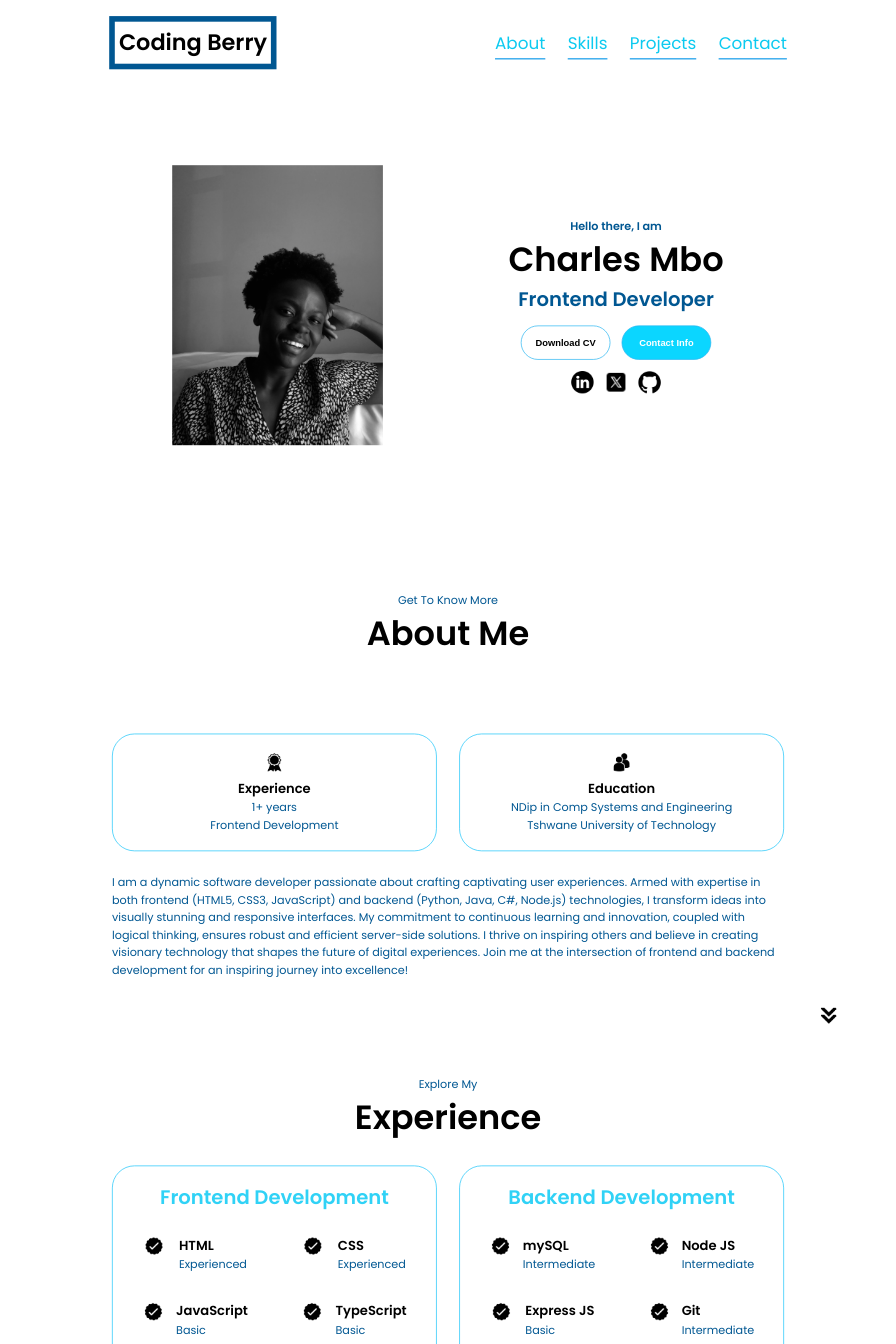
Repository: ntandomagana/FS-Dev-Portfolio
Page: index.html
The author's editor kept a copy of each file at every save. The page is drawn from the files as they stood at one save, then again after the next save.
The browser window is 1280 px wide. The pictures show the part of the page from y = 0 to 1920 px (the page is 3177 px tall), at 70% of full size.

Above is the page before, as saved 2024-05-02 23:26:02.

### index.html
<!DOCTYPE html>
<html lang="en">
  <head>
    <meta charset="UTF-8" />
    <meta http-equiv="X-UA-Compatible" content="IE=edge" />
    <meta name="viewport" content="width=device-width, initial-scale=1.0" />
    <title>My Portfolio</title>
    <link rel="stylesheet" href="style.css" />
    <link rel="stylesheet" href="mediaqueries.css" />
  </head>
  <body>
    <nav id="desktop-nav">
      <div class="logo">Coding Berry</div>
      <div>
        <ul class="nav-links">
          <li><a href="#about">About</a></li>
          <li><a href="#experience">Skills</a></li>
          <li><a href="#projects">Projects</a></li>
          <li><a href="#contact">Contact</a></li>
        </ul>
      </div>
    </nav>
    <nav id="hamburger-nav">
      <div class="logo">Coding Berry</div>
      <div class="hamburger-menu">
        <div class="hamburger-icon" onclick="toggleMenu()">
          <span></span>
          <span></span>
          <span></span>
        </div>
        <div class="menu-links">
          <li><a href="#about" onclick="toggleMenu()">About</a></li>
          <li><a href="#experience" onclick="toggleMenu()">Skills</a></li>
          <li><a href="#projects" onclick="toggleMenu()">Projects</a></li>
          <li><a href="#contact" onclick="toggleMenu()">Contact</a></li>
        </div>
      </div>
    </nav>
    <section id="profile">
      <div class="section__pic-container">
        <img src="./assets/bwpp.jpg" alt="profile picture" />
      </div>
      <div class="section__text">
        <p class="section__text__p1">Hello there, I am</p>

        <h1 class="title"><span id="typed-text"></span></h1>

        <p class="section__text__p2">Frontend Developer</p>
        <div class="btn-container">
          <button
            class="btn btn-color-2"
            onclick="window.open('./assets/NP Magana - Web Developer.pdf')"
          >
            Download CV
          </button>
          <button class="btn btn-color-1" onclick="location.href='./#contact'">
            Contact Info
          </button>
        </div>
        <div id="socials-container">
          <img
            src="./assets/linkedin.png"
            alt="My LinkedIn profile"
            class="icon"
            onclick="location.href='https://www.linkedin.com/in/ntandoyenkosi-magana-/'"
          />

          <img
            src="./assets/icons8-twitterx-50.png"
            alt="My Github profile"
            class="icon"
            onclick="location.href='https://twitter.com/Sir_M_Charles'"
          />
          <img
            src="./assets/github.png"
            alt="My Github profile"
            class="icon"
            onclick="location.href='https://github.com/ntandomagana'"
          />
        </div>
      </div>
    </section>
    <section id="about">
      <p class="section__text__p1">Get To Know More</p>
      <h1 class="title">About Me</h1>
      <div class="section-container">
        <div class="about-details-container">
          <div class="about-containers">
            <div class="details-container">
              <img
                src="./assets/experience.png"
                alt="Experience icon"
                class="icon"
              />
              <h3>Experience</h3>
              <p>1+ years <br />Frontend Development</p>
            </div>
            <div class="details-container">
              <img
                src="./assets/education.png"
                alt="Education icon"
                class="icon"
              />
              <h3>Education</h3>
              <p>
                NDip in Comp Systems and Engineering <br />Tshwane University of
                Technology
              </p>
            </div>
          </div>
          <div class="text-container">
            <p>
              I am a dynamic software developer passionate about crafting
              captivating user experiences. Armed with expertise in both
              frontend (HTML5, CSS3, JavaScript) and backend (Python, Java, C#,
              Node.js) technologies, I transform ideas into visually stunning
              and responsive interfaces. My commitment to continuous learning
              and innovation, coupled with logical thinking, ensures robust and
              efficient server-side solutions. I thrive on inspiring others and
              believe in creating visionary technology that shapes the future of
              digital experiences. Join me at the intersection of frontend and
              backend development for an inspiring journey into excellence!
            </p>
          </div>
        </div>
      </div>
      <img
        src="./assets/arrow.png"
        alt="Arrow icon"
        class="icon arrow"
        onclick="location.href='./#experience'"
      />
    </section>
    <section id="experience">
      <p class="section__text__p1">Explore My</p>
      <h1 class="title">Experience</h1>
      <div class="experience-details-container">
        <div class="about-containers">
          <div class="details-container">
            <h2 class="experience-sub-title">Frontend Development</h2>
            <div class="article-container">
              <article>
                <img
                  src="./assets/checkmark.png"
                  alt="Experience icon"
                  class="icon"
                />
                <div>
                  <h3>HTML</h3>
                  <p>Experienced</p>
                </div>
              </article>
              <article>
                <img
                  src="./assets/checkmark.png"
                  alt="Experience icon"
                  class="icon"
                />
                <div>
                  <h3>CSS</h3>
                  <p>Experienced</p>
                </div>
              </article>
              <article>
                <img
                  src="./assets/checkmark.png"
                  alt="Experience icon"
                  class="icon"
                />
                <div>
                  <h3>JavaScript</h3>
                  <p>Basic</p>
                </div>
              </article>
              <article>
                <img
                  src="./assets/checkmark.png"
                  alt="Experience icon"
                  class="icon"
                />
                <div>
                  <h3>TypeScript</h3>
                  <p>Basic</p>
                </div>
              </article>
              <article></article>
            </div>
          </div>
          <div class="details-container">
            <h2 class="experience-sub-title">Backend Development</h2>
            <div class="article-container">
              <article>
                <img
                  src="./assets/checkmark.png"
                  alt="Experience icon"
                  class="icon"
                />
                <div>
                  <h3>mySQL</h3>
                  <p>Intermediate</p>
                </div>
              </article>
              <article>
                <img
                  src="./assets/checkmark.png"
                  alt="Experience icon"
                  class="icon"
                />
                <div>
                  <h3>Node JS</h3>
                  <p>Intermediate</p>
                </div>
              </article>
              <article>
                <img
                  src="./assets/checkmark.png"
                  alt="Experience icon"
                  class="icon"
                />
                <div>
                  <h3>Express JS</h3>
                  <p>Basic</p>
                </div>
              </article>
              <article>
                <img
                  src="./assets/checkmark.png"
                  alt="Experience icon"
                  class="icon"
                />
                <div>
                  <h3>Git</h3>
                  <p>Intermediate</p>
                </div>
              </article>
            </div>
          </div>
        </div>
      </div>
      <img
        src="./assets/arrow.png"
        alt="Arrow icon"
        class="icon arrow"
        onclick="location.href='./#projects'"
      />
    </section>
    <section id="projects">
      <p class="section__text__p1">View My Recent</p>
      <h1 class="title">Projects</h1>
      <div class="experience-details-container">
        <div class="about-containers">
          <div class="details-container color-container">
            <div class="article-container">
              <img
                src="./assets/coming soon.jpg"
                alt="Project 1"
                class="project-img"
              />
            </div>
            <h2 class="experience-sub-title project-title">Project One</h2>
            <div class="btn-container">
              <button
                class="btn btn-color-2 project-btn"
                onclick="location.href='https://github.com/'"
              >
                Github
              </button>
            </div>
          </div>
          <div class="details-container color-container">
            <div class="article-container">
              <img
                src="./assets/coming soon.jpg"
                alt="Project 2"
                class="project-img"
              />
            </div>
            <h2 class="experience-sub-title project-title">Project Two</h2>
            <div class="btn-container">
              <button
                class="btn btn-color-2 project-btn"
                onclick="location.href='https://github.com/'"
              >
                Github
              </button>
            </div>
          </div>
          <div class="details-container color-container">
            <div class="article-container">
              <img
                src="./assets/coming soon.jpg"
                alt="Project 3"
                class="project-img"
              />
            </div>
            <h2 class="experience-sub-title project-title">Project Three</h2>
            <div class="btn-container">
              <button
                class="btn btn-color-2 project-btn"
                onclick="location.href='https://github.com/'"
              >
                Github
              </button>
            </div>
          </div>
        </div>
      </div>
      <img
        src="./assets/arrow.png"
        alt="Arrow icon"
        class="icon arrow"
        onclick="location.href='./#contact'"
      />
    </section>
    <section id="contact">
      <p class="section__text__p1">Get in Touch</p>
      <h1 class="title">Contact Me</h1>
      <div class="contact-info-upper-container">
        <div class="contact-info-container">
          <img
            src="./assets/email.png"
            alt="Email icon"
            class="icon contact-icon email-icon"
          />
          <p>
            <a href="mailto:ntandomagana@gmail.com">ntandomagana@gmail.com</a>
          </p>
        </div>
        <div class="contact-info-container">
          <img
            src="./assets/linkedin.png"
            alt="LinkedIn icon"
            class="icon contact-icon"
          />
          <p><a href="https://www.linkedin.com">LinkedIn</a></p>
        </div>
      </div>
    </section>
    <footer>
      <nav>
        <div class="nav-links-container">
          <ul class="nav-links">
            <li><a href="#about">About</a></li>
            <li><a href="#experience">Skills</a></li>
            <li><a href="#projects">Projects</a></li>
            <li><a href="#contact">Contact</a></li>
          </ul>
        </div>
      </nav>
      <p>Copyright &#169; 2023 Ntando Magana. All Rights Reserved.</p>
    </footer>
    <script src="script.js"></script>
  </body>
</html>

### style.css
@import url("https://fonts.googleapis.com/css2?family=Poppins:wght@300;400;500;600&display=swap");

* {
  margin: 0;
  padding: 0;
}

body {
  font-family: "Poppins", sans-serif;
}

html {
  scroll-behavior: smooth;
}

p {
  color: #005792;
}

section {
  margin-bottom: 2px;
}

a,
.btn {
  transition: all 300ms ease;
}

nav,
.nav-links {
  display: flex;
}

nav {
  justify-content: space-around;
  align-items: center;
  height: 17vh;
}

.nav-links {
  gap: 2rem;
  list-style-type: none;
  font-size: 1.5rem;
}

a {
  color: rgb(11, 202, 240);
  text-decoration: underline;
  text-underline-offset: 0.8rem;
  text-decoration-color: rgb(51, 169, 237);
}

.logo {
  font-size: 2rem;
}

.logo:hover {
  cursor: default;
}

#hamburger-nav {
  display: none;
}

.hamburger-menu {
  position: relative;
  display: inline-block;
}

.hamburger-icon {
  display: flex;
  flex-direction: column;
  justify-content: space-between;
  height: 24px;
  width: 30px;
  cursor: pointer;
}

.hamburger-icon span {
  width: 100%;
  height: 2px;
  background-color: rgb(9, 255, 255);
  transition: all 0.3 ease-in-out;
}

.menu-links {
  position: absolute;
  top: 100%;
  right: 0;
  background-color: white;
  width: fit-content;
  max-height: 0;
  overflow: hidden;
  transition: all 0.3 ease-in-out;
}

.menu-links a {
  display: block;
  padding: 10px;
  text-align: center;
  font-size: 1.5rem;
  color: rgb(15, 224, 231);
  text-decoration: none;
  transition: all 0.3 ease-in-out;
}

.menu-links li {
    list-style-type: none;
}

.menu-links.open {
    max-height: 300px;
}

.hamburger-icon.open span:first-child {
    transform: rotate(45deg) translate(10px, 5px);
}

.hamburger-icon.open span:nth-child(2) {
  opacity: 0;
}

.hamburger-icon.open span:last-child {
  transform: rotate(-45deg) translate(10px, -5px);
}

.hamburger-icon span:first-child {
  transform: none;
}

.hamburger-icon span:first-child {
  opacity: 1;
}

.hamburger-icon span:first-child {
    transform: none;
}

section {
    padding-top: 4vh;
    height: 96vh;
    margin: 0 10rem;
    box-sizing: border-box;
    min-height: fit-content;
}

.section-container {
  display: flex;
}

#profile {
  display: flex;
  justify-content: center;
  gap: 5rem;
  height: 80vh;
}

.section__pic-container {
  display: flex;
  height: 400px;
  width: 400px;
  margin: auto 0;
}

.section__text {
  align-self: center;
  text-align: center;
}

.section__text p {
  font-weight: 600;
}

.section__text__p1 {
  text-align: center;
}

.section__text__p2 {
  font-size: 1.75rem;
  margin-bottom: 1rem;
}

.title {
  font-size: 3rem;
  text-align: center;
}

#socials-container {
  display: flex;
  justify-content: center;
  margin-top: 1rem;
  gap: 1rem;
}

.icon {
  cursor: pointer;
  height: 2rem;
}

/* BUTTONS */

.btn-container {
  display: flex;
  justify-content: center;
  gap: 1rem;
}

.btn {
  font-weight: 600;
  transition: all 300ms ease;
  padding: 1rem;
  width: 8rem;
  border-radius: 2rem;
}

.btn-color-1,
.btn-color-2 {
  border: rgb(43, 182, 241) 0.1rem solid;
}

.btn-color-1:hover,
.btn-color-2:hover {
  cursor: pointer;
}

.btn-color-1,
.btn-color-2:hover {
  background: rgb(11, 214, 255);
  color: white;
}

.btn-color-1:hover {
  background: rgb(83, 215, 232);
}

.btn-color-2 {
  background: none;
}

.btn-color-2:hover {
  border: rgb(26, 210, 243) 0.2rem solid;
}

.btn-container {
  gap: 1rem;
}

/* ABOUT SECTION */

#about {
  position: relative;
}

.about-containers {
  gap: 2rem;
  margin-bottom: 2rem;
  margin-top: 2rem;
}

.about-details-container {
  justify-content: center;
  flex-direction: column;
}

.about-containers,
.about-details-container {
  display: flex;
}



.arrow {
  position: absolute;
  right: -5rem;
  bottom: 2.5rem;
}

.details-container {
  padding: 1.5rem;
  flex: 1;
  background: white;
  border-radius: 2rem;
  border: rgb(34, 174, 239) 0.1rem solid;
  border-color: rgb(28, 197, 249);
  text-align: center;
}

.section-container {
  gap: 4rem;
  height: 80%;
}

.section__pic-container {
  height: 400px;
  width: 400px;
  margin: auto 0;
}

/* EXPERIENCE SECTION */

#experience {
  position: relative;
}

.experience-sub-title {
  color: rgb(48, 210, 246);
  font-weight: 600;
  font-size: 1.75rem;
  margin-bottom: 2rem;
}

.experience-details-container {
  display: flex;
  justify-content: center;
  flex-direction: column;
}

.article-container {
  display: flex;
  text-align: initial;
  flex-wrap: wrap;
  flex-direction: row;
  gap: 2.5rem;
  justify-content: space-around;
}

article {
  display: flex;
  width: 10rem;
  justify-content: space-around;
  gap: 0.5rem;
}

article .icon {
  cursor: default;
}

/* PROJECTS SECTION */

#projects {
  position: relative;
}

.color-container {
  border-color: rgb(21, 220, 255);
  background: rgb(250, 250, 250);
}

.project-img {
  border-radius: 2rem;
  width: 90%;
  height: 90%;
}

.project-title {
  margin: 1rem;
  color:  #00bbf0;
}

.project-btn {
  color:  #00bbf0;
  border-color: rgb(18, 217, 252);
}

/* CONTACT */

#contact {
  display: flex;
  justify-content: center;
  flex-direction: column;
  height: 70vh;
}

.contact-info-upper-container {
  display: flex;
  justify-content: center;
  border-radius: 2rem;
  border: rgb(16, 220, 242) 0.1rem solid;
  border-color: rgb(19, 211, 250);
  background: (250, 250, 250);
  margin: 2rem auto;
  padding: 0.5rem;
}

.contact-info-container {
  display: flex;
  align-items: center;
  justify-content: center;
  gap: 0.5rem;
  margin: 1rem;
}

.contact-info-container p {
  font-size: larger;
}

.contact-icon {
  cursor: default;
}

.email-icon {
  height: 2.5rem;
}



footer {
  height: 26vh;
  margin: 0 1rem;
}

footer p {
  text-align: center;
}

/* Add this CSS to your existing style.css or create a new style tag in the head of your HTML */

/* Bold, underline, and bubble effect for the logo */
.logo {
  font-weight: bold;
  text-decoration:wavy;
  display: inline-block;
  position: relative;
  border: 8px solid #005792; /* Adjust the border thickness and color as needed */
  padding: 6px; /* Adjust the padding as needed */
}

.logo::after {
  content: '';
  position: absolute;
  width: 100%;
  height: 0;
  bottom: 0;
  left: 0;
  opacity: 0;
  border-bottom: 2px solid #fff;
  animation: bubble 0.5s infinite ease-in-out;
}

@keyframes bubble {
  0% {
    height: 0;
    opacity: 0;
  }
  50% {
    height: 100%;
    opacity: 1;
  }
  100% {
    height: 0;
    opacity: 0;
  }
}

### mediaqueries.css
@media screen and (max-width: 1400px) {
  #profile {
    height: 83vh;
    margin-bottom: 6rem;
  }
  .about-containers {
    flex-wrap: wrap;
  }
  #contact,
  #projects {
    height: fit-content;
  }
}

@media screen and (max-width: 1200px) {
  #desktop-nav {
    display: none;
  }
  #hamburger-nav {
    display: flex;
  }
  #experience,
  .experience-details-container {
    margin-top: 2rem;
  }
  #profile,
  .section-container {
    display: block;
  }
  .arrow {
    display: none;
  }
  section,
  .section-container {
    height: fit-content;
  }
  section {
    margin: 0 5%;
  }
  .section__pic-container {
    width: 275px;
    height: 275px;
    margin: 0 auto 2rem;
  }
  .about-containers {
    margin-top: 0;
  }
}

@media screen and (max-width: 600px) {
  #contact,
  footer {
    height: 40vh;
  }
  #profile {
    height: 83vh;
    margin-bottom: 0;
  }
  article {
    font-size: 1rem;
  }
  footer nav {
    height: fit-content;
    margin-bottom: 2rem;
  }
  .about-containers,
  .contact-info-upper-container,
  .btn-container {
    flex-wrap: wrap;
  }
  .contact-info-container {
    margin: 0;
  }
  .contact-info-container p,
  .nav-links li a {
    font-size: 1rem;
  }
  .experience-sub-title {
    font-size: 1.25rem;
  }
  .logo {
    font-size: 1.5rem;
  }
  .nav-links {
    flex-direction: column;
    gap: 0.5rem;
    text-align: center;
  }
  .section__pic-container {
    width: auto;
    height: 46vw;
    justify-content: center;
  }
  .section__text__p2 {
    font-size: 1.25rem;
  }
  .title {
    font-size: 2rem;
  }
  .text-container {
    text-align: justify;
  }
}

### script.js
function toggleMenu() {
  const menu = document.querySelector(".menu-links");
  const icon = document.querySelector(".hamburger-icon");
  menu.classList.toggle("open");
  icon.classList.toggle("open");
}

// JavaScript for looped typing effect
const typedText = document.getElementById("typed-text");
const textToType = "Charles Mbonani";

function typeText() {
  let index = 0;

  function type() {
    if (index < textToType.length) {
      typedText.innerHTML += textToType.charAt(index);
      index++;
      setTimeout(type, 500); // Adjust typing speed (milliseconds)
    } else {
      setTimeout(erase, 1000); // Wait before erasing
    }
  }

  function erase() {
    if (typedText.innerHTML.length > 0) {
      typedText.innerHTML = typedText.innerHTML.slice(0, -1);
      setTimeout(erase, 500); // Adjust erasing speed (milliseconds)
    } else {
      index = 0; // Reset index for the next typing cycle
      setTimeout(type, 500); // Wait before typing again
    }
  }

  type(); // Start typing
}

// Call the typing function when the page loads
window.onload = typeText;

After the next save:
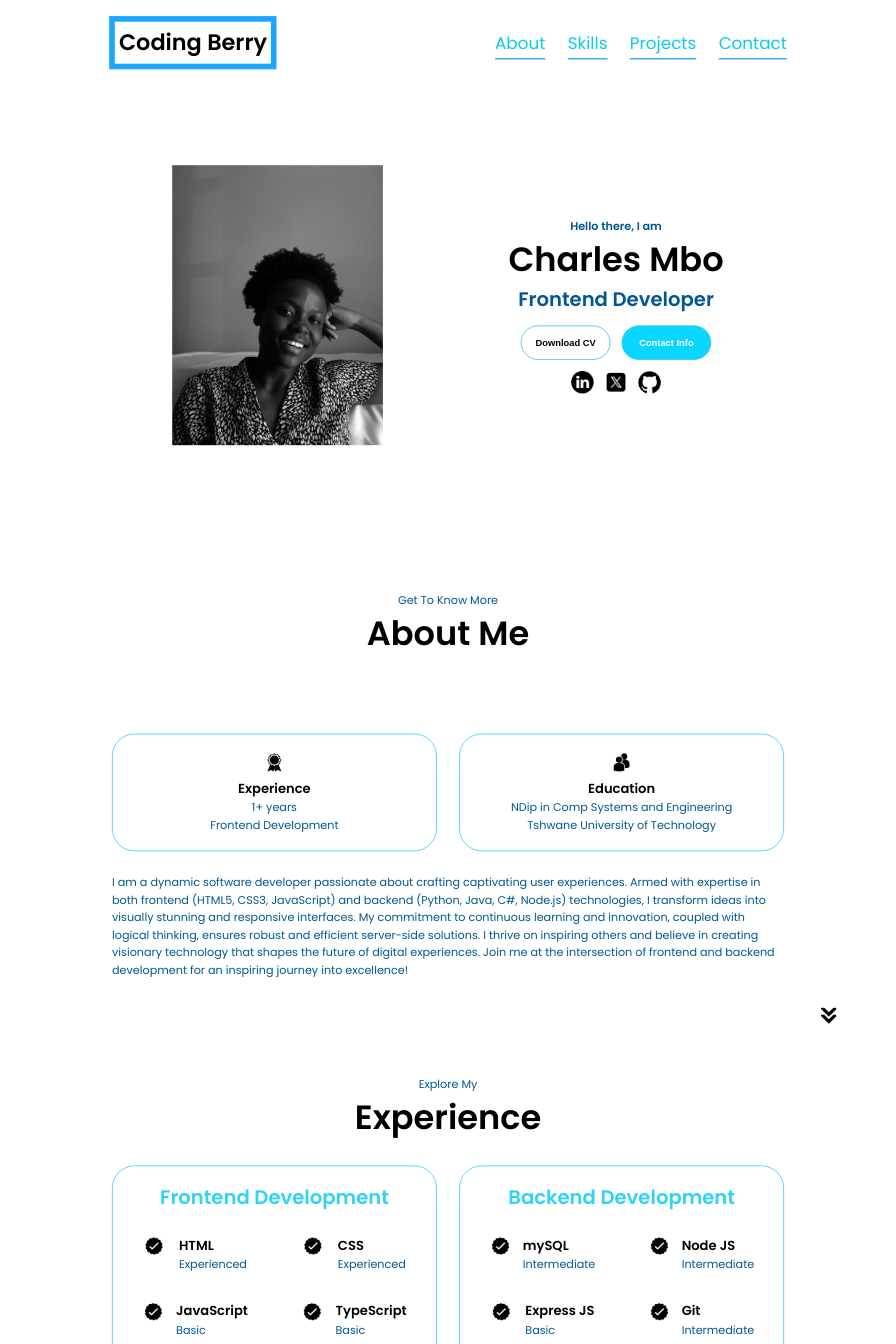
Saved 28 s later.
--- a/style.css
+++ b/style.css
@@ -421,7 +421,7 @@ footer p {
   text-decoration:wavy;
   display: inline-block;
   position: relative;
-  border: 8px solid #005792; /* Adjust the border thickness and color as needed */
+  border: 8px solid #1ea5ff; /* Adjust the border thickness and color as needed */
   padding: 6px; /* Adjust the padding as needed */
 }
 
